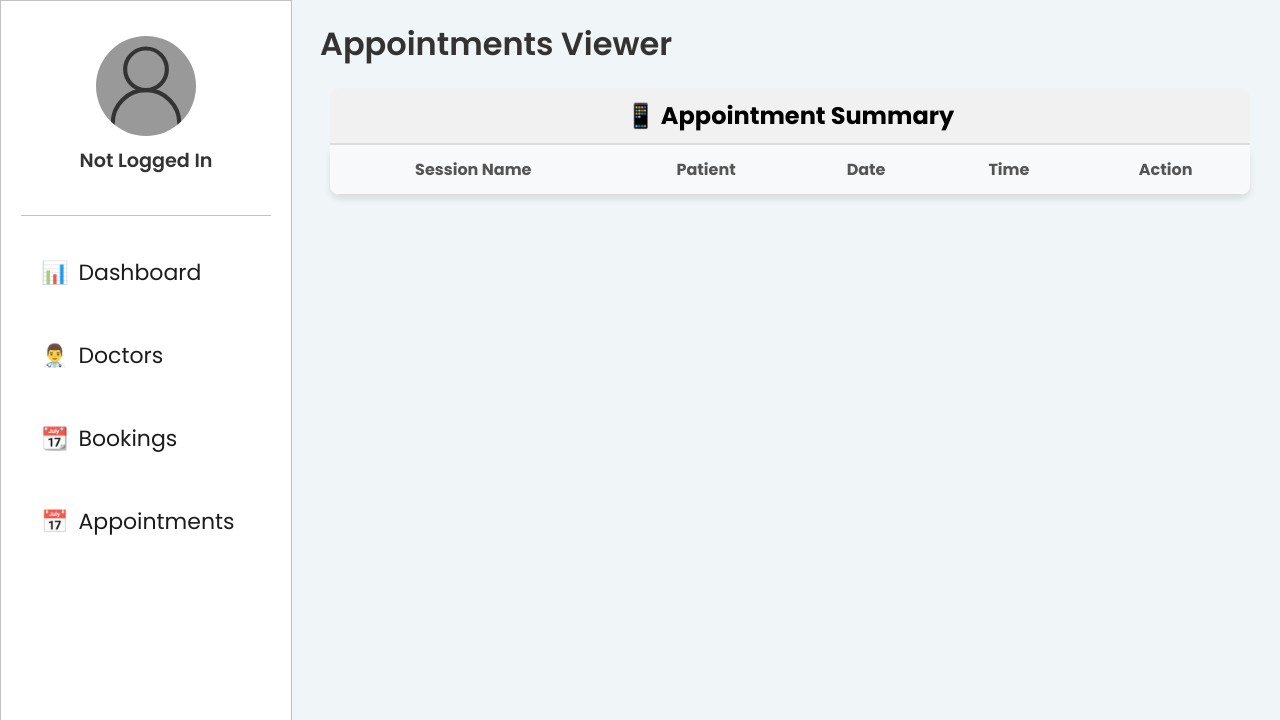
Repository: AriaFantom/Minor-Project
Page: http://localhost/Project/dashboard/patient/appointments.jsp
These files come from the project's save history. The page is drawn as it stood at one moment and after the next save; the edit follows.
The browser window is 1280 px wide. The pictures show the whole page.
Some web fonts or font styles are not loaded; a fallback is used. The page is served by Tomcat 10. Other server files are loaded and not shown. Queries for data that is not in the repository find no rows.

Above is the page before, as saved 2025-01-11 15:15:41.

### Project/src/main/webapp/dashboard/patient/appointments.jsp
<%@ page language="java" contentType="text/html; charset=UTF-8"
    pageEncoding="UTF-8"%>
    <%@page import="java.sql.*" %>
<%@ page import="java.text.SimpleDateFormat" %>
<%@ page import="java.util.Date" %>
<!DOCTYPE html>
<html lang="en">
<head>
  <meta charset="UTF-8">
  <title>Title</title>
  <link rel="stylesheet" href="../../css/patient-panel.css">
</head>
<body>
<aside class="side-bar">
  <div class="user-info">
    <svg xmlns="http://www.w3.org/2000/svg" width="24" height="24" viewBox="0 0 24 24" fill="none"
         stroke="currentColor"
         stroke-width="1" stroke-linecap="round" stroke-linejoin="round" class="user-avatar">
      <circle cx="12" cy="8" r="5"/>
      <path d="M20 21a8 8 0 0 0-16 0"/>
    </svg>
     <%
                String username = "";
                String doctorEmail = (String) session.getAttribute("email");
                Connection conn = null;
                PreparedStatement pstm = null;
                ResultSet rs = null;
                try {
                    Class.forName("com.mysql.cj.jdbc.Driver");
                    String url="jdbc:mysql://localhost:3306/minorproject";
                    String uid="root";
                    String upass="1234";
                    conn=DriverManager.getConnection(url,uid,upass);

                    pstm = conn.prepareStatement("SELECT username from patients where email = ?");
                    pstm.setString(1, doctorEmail);
                    rs = pstm.executeQuery();
                    if (rs.next()) {
                        username = rs.getString("username");
                    }
                } catch (Exception e) {
                    e.printStackTrace();
                }
            %>
        <p><%= username != null && !username.trim().isEmpty() ? username : "Not Logged In" %></p>
  </div>
  <ul class="siderbar-navlinks">
    <li>
      <a href="panel.jsp">
        <div class="icon">📊</div>
        Dashboard
      </a>
    </li>
    <li>
      <a href="doctor.jsp">
        <div class="icon">👨‍⚕️</div>
        Doctors
      </a>
    </li>
    <li>
      <a href="booking.jsp">
        <div class="icon">📆</div>
        Bookings
      </a>
    </li>
    <li>
      <a href="appointments.jsp">
        <div class="icon">📅</div>
        Appointments
      </a>
    </li>
  </ul>
</aside>
<main>
  <div class="top-heading">
    <h4 class="panel-heading">Appointments Viewer</h4>
  </div>
  <div class="container">
    <table class="appointment-table">
      <caption>📱 Appointment Summary</caption>
      <thead>
      <tr>
                <th>Session Name</th>
                <th>Patient</th>
                <th>Date</th>
                <th>Time</th>
            	<!-- <th>Max booking</th> -->
                <th>Action</th>
      </tr>
      </thead>
      <tbody>
    <%

    try {
        Class.forName("com.mysql.cj.jdbc.Driver");
        String url="jdbc:mysql://localhost:3306/minorproject";
        String uid="root";
        String upass="1234";
        conn=DriverManager.getConnection(url,uid,upass);
        pstm = conn.prepareStatement("SELECT "+
        "s.id AS `sessionid`, s.name as `session_name`, " +
        "a.id AS `appointmentid`, " +
        "d.username AS `doctor_name`, d.email AS `doctor_email` " +
        "FROM appointments a " +
    	"INNER JOIN " +
	    "doctors d ON a.doctor_id = d.id " +
	"INNER JOIN " +
	    "patients p ON a.patient_id = p.id " +
	"INNER JOIN " +
	    "schedule s ON a.schedule = s.id " +
	"WHERE " +
        "p.email = ? " +
    "ORDER BY " +
        "a.id ASC;");

        pstm.setString(1, doctorEmail);
        rs = pstm.executeQuery();
        while (rs.next()) {

        	int session_id = rs.getInt("sessionid");
        	int appointment_id = rs.getInt("appointmentid");
        	String session_name =  rs.getString("session_name");
        	String doctor_name = rs.getString("doctor_name");
        	String doctor_email = rs.getString("doctor_email");
    %>
      <tr>
           <td><%= session_id %></td>
                <td><%= appointment_id %></td>
                <td><%= session_name %></td>
                <td><%= doctor_name %></td>
                <td><%= doctor_email %></td>
      </tr>
       <% }
                    } catch (Exception e) {
                 e.printStackTrace(); %>
                 <tr>
                    <td colspan="7" style="color:red;">Error retrieving sessions</td>
                </tr>
            <% } %>
      </tbody>
    </table>
  </div>
</main>

</body>
</html>

### Project/src/main/webapp/css/patient-panel.css
@import url('https://fonts.googleapis.com/css2?family=DM+Serif+Text:ital@0;1&family=PT+Sans:ital,wght@0,400;0,700;1,400;1,700&family=Poppins:ital,wght@0,100;0,200;0,300;0,400;0,500;0,600;0,700;0,800;0,900;1,100;1,200;1,300;1,400;1,500;1,600;1,700;1,800;1,900&family=Ubuntu:ital,wght@0,300;0,400;0,500;0,700;1,300;1,400;1,500;1,700&display=swap');

* {
    margin: 0;
    padding: 0;
}

body {
    background-color: #f0f6f8;
}


.side-bar {
    background: #fff;
    font-family: "Poppins", sans-serif;
    position: fixed;
    padding: 5px 20px;
    top: 0;
    left: 0;
    width: 250px;
    height: 100%;
    border: 1px solid rgba(51, 51, 51, 0.3);
    transition: 0.5s;
}

.user-info {
    display: flex;
    flex-direction: column;
    justify-content: center;
    align-items: center;
    padding: 30px 0px;
    border-bottom: 1px solid rgba(51, 51, 51, 0.3);
}

.user-avatar {
    width: 100px;
    height: 100px;
    border-radius: 50%;
    color: #333333;
    background: #999999;
}

.user-info p {
    margin: 10px 0;
    font-size: 1.2rem;
    font-weight: 600;
    color: #333333;
}

/* Nav Links */

.siderbar-navlinks {
    display: flex;
    flex-direction: column;
    gap: 10px;
    margin-top: 20px;
    list-style: none;
}

.side-bar li,
.side-bar a {
    text-decoration: none;
    font-size: 22px;
    display: flex;
    color: rgba(0, 0, 0, 0.89);
    gap: 10px;
    align-items: center;
    cursor: pointer;
    padding: 10px;
    transition: 0.5s;
}

.side-bar li:hover {
    background: #96c2c2;
    border-radius: 5px;
}

main {
    font-family: "Poppins", sans-serif;
    margin-left: 300px;
    padding: 20px;

}

.top-heading {
    display: flex;
    flex-direction: row;
    justify-content: space-between;
    margin-bottom: 20px;
}

.add-button {
    background-color: #3d8182;
    color: white;
    padding: 10px 20px;
    border-radius: 5px;
    font-size: 1.2rem;
    font-weight: 600;
    cursor: pointer;
    transition: 0.5s;
    border: none;
}

.panel-heading {
    font-size: 2rem;
    font-weight: 600;
    color: #333333;
}

.stats-container {
    display: grid;
    grid-template-columns: repeat(4, 1fr);
    gap: 20px;

    width: 100%;
}

.stats-card {
    background-color: white;
    border-radius: 12px;
    box-shadow: 0 8px 20px rgba(0, 0, 0, 0.08);
    padding: 25px;
    text-align: center;
    transition: all 0.3s ease;
    position: relative;
    overflow: hidden;
}

.stats-card:hover {
    transform: translateY(-10px);
    box-shadow: 0 12px 25px rgba(0, 0, 0, 0.12);
}

.stats-icon {
    font-size: 45px;
    margin-bottom: 15px;
    opacity: 0.7;
}

.stats-number {
    font-size: 36px;
    font-weight: bold;
    color: #2c3e50;
    margin-bottom: 10px;
}

.stats-label {
    font-size: 14px;
    color: #7f8c8d;
    text-transform: uppercase;
    letter-spacing: 1px;
}

/* All the tables in the main section */
.container {
    margin: 20px 10px;
    display: flex;
    gap: 40px;
    justify-content: space-between;
}

.appointment-table {
    width: 100%;
    border-collapse: collapse;
    background-color: #fff;
    border-radius: 10px;
    box-shadow: 0 4px 6px rgba(0, 0, 0, 0.1);
    overflow: hidden;
}

.appointment-table caption {
    font-size: 1.5em;
    font-weight: bold;
    padding: 10px;
    text-align: center;
    background-color: #f1f1f1;
    border-bottom: 2px solid #ddd;
}

.appointment-table th, .appointment-table td {

    padding: 12px 18px;
    text-align: center;
    border-bottom: 1px solid #ddd;
}

.appointment-table th {
    background-color: #f8f9fa;
    color: #555;
}

.appointment-table tr:hover {
    background-color: #f1f1f1;
}

.appointment-table td {
    font-size: 1em;
}

.bookings-container {
    display: flex;
    flex-direction: column;
    gap: 4px;
}

.bookings-card,
.doctor-card {
    cursor: pointer;
    display: flex;
    flex-direction: column;
    gap: 5px;
    background-color: white;
    border-radius: 12px;
    box-shadow: 0 8px 20px rgba(0, 0, 0, 0.08);
    padding: 25px;
    text-align: start;
    transition: all 0.3s ease;
    position: relative;
    overflow: hidden;
}

.bookings-card:hover,
.doctor-card:hover {
    box-shadow: 0 12px 25px rgba(0, 0, 0, 0.12);
}

.bookings-card h2 {
    font-size: 1.5rem;
    font-weight: 600;
    color: #59a5a6;
}

.highlight-text {
    font-size: 1.2rem;
    font-weight: 600;
    color: #333333;
}
.searchbar-header {
    display: flex;
    flex-direction: row;
    justify-content: space-between;
    align-items: center;
    margin-bottom: 20px;
    width: 100%;
}
.searchbar-header input {
    padding: 10px;
    border-radius: 5px;
    border: 1px solid #ccc;
    width: 300px;
    font-size: 1.2rem;
}
.searchbar-header button {
    padding: 10px 20px;
    border-radius: 5px;
    background-color: #3d8182;
    color: white;
    font-size: 1.2rem;
    font-weight: 600;
    cursor: pointer;
    border: none;
}

.doctors-container {
    display: flex;
    flex-wrap: wrap;
    gap: 20px;
}
.doctor-card {
	width: 300px;
	height: 300px;
    padding: 20px 40px;
    display: flex;
    flex-direction: column;
    align-items: center;
    text-align: center;
}


.slots-container {
        margin-top: 10px;
    }
.slots-label {
        font-weight: bold;
        color: #333;
    }
.slots-select {
        margin-top: 5px;
        width: 100%;
        padding: 5px;
        border-radius: 4px;
        border: 1px solid #ccc;
        font-size: 14px;
        background: #fff;
    }
.no-schedules {
        margin-top: 5px;
        color: #888;
        font-size: 14px;
}
.alert {
            padding: 15px;
            margin: 20px auto;
            border-radius: 4px;
            width: 95%;
            font-size: 16px;
            text-align: center;
}
.alert-success {
            color: #155724;
            background-color: #d4edda;
            border: 1px solid #c3e6cb;
}
.alert-danger {
            color: #721c24;
            background-color: #f8d7da;
            border: 1px solid #f5c6cb;
 }
.errordiv {
	display: flex;
	flex-direction: column;
	align-items:center;
	justify-content:center;
	background-color: #96c2c2;
	height: 100vh;
	width: 100%;
	font-family: "Poppins", sans-serif;
}

.errordiv h1 {
	text-transform: uppercase;
}

After the next save:
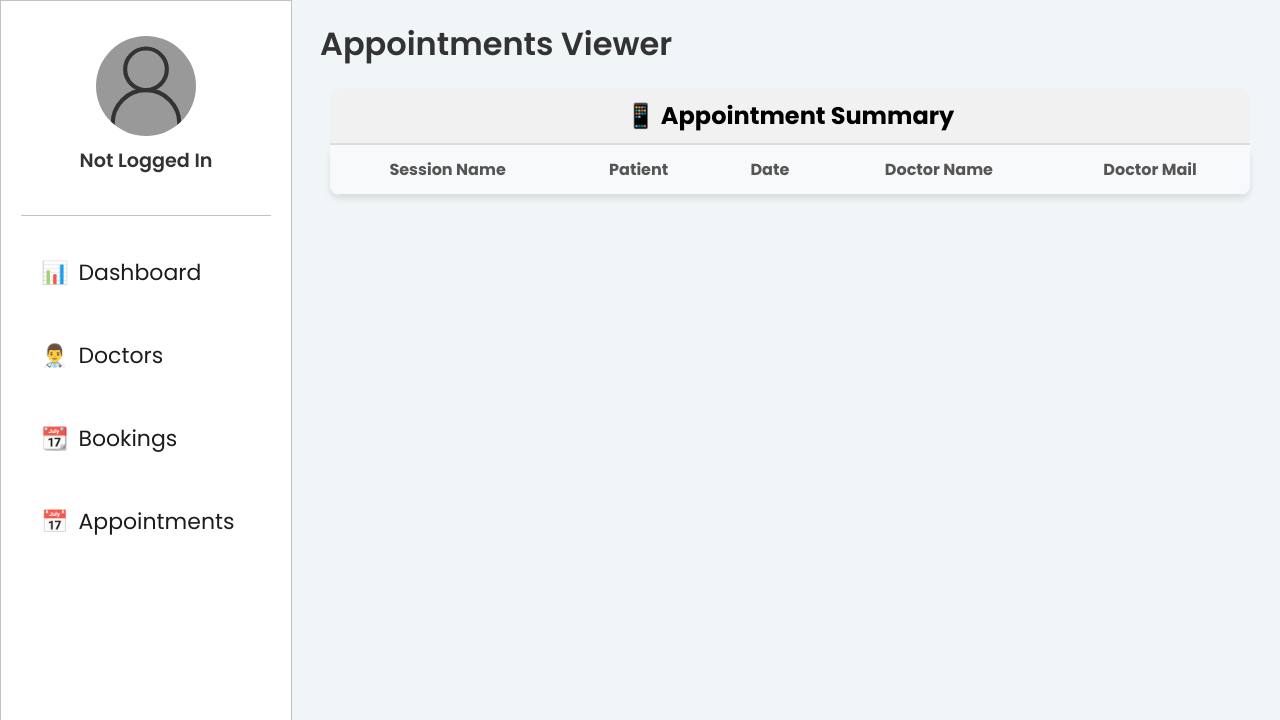
Saved 8 min 48 s later.
--- a/Project/src/main/webapp/dashboard/patient/appointments.jsp
+++ b/Project/src/main/webapp/dashboard/patient/appointments.jsp
@@ -83,9 +83,9 @@
                 <th>Session Name</th>
                 <th>Patient</th>
                 <th>Date</th>
-                <th>Time</th>
+                <th>Doctor Name</th>
             	<!-- <th>Max booking</th> -->
-                <th>Action</th>
+                <th>Doctor Mail</th>
       </tr>
       </thead>
       <tbody>
